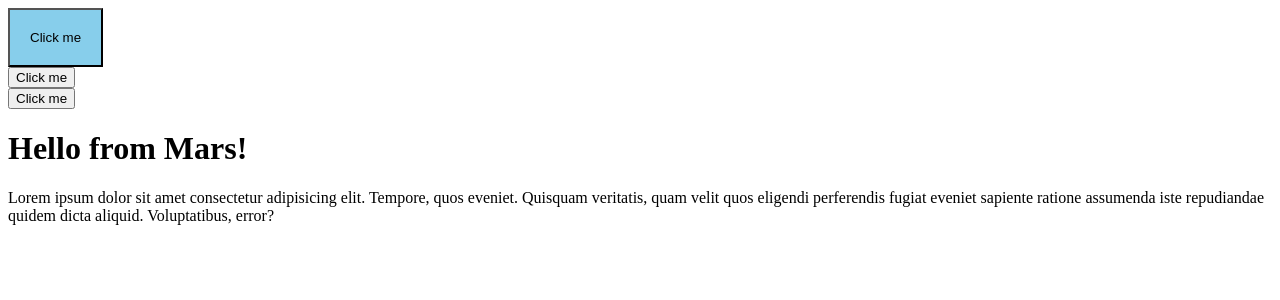
Repository: imokha01/DOM
Page: index.html
An editor plug-in stored every save of this project. The page is shown before and after the next save, followed by the edit.
The browser window is 1280 px wide. The pictures show the whole page.

Above is the page before, as saved 2023-12-18 11:59:23.

After the next save:
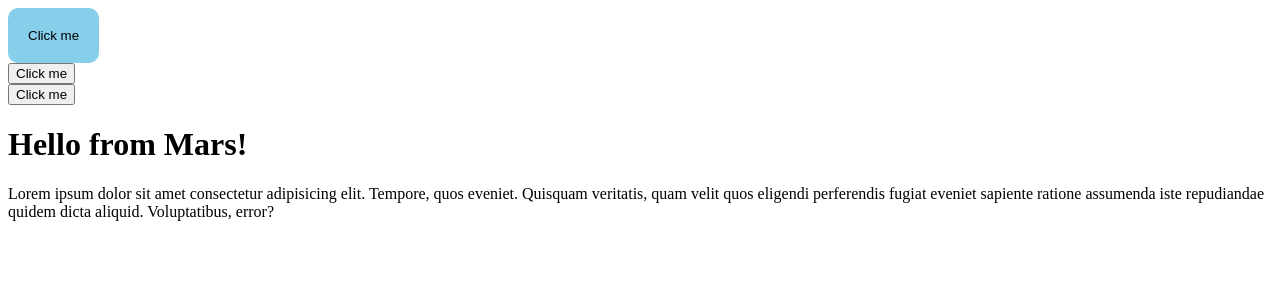
Saved 108 s later.
--- a/index.js
+++ b/index.js
@@ -1,5 +1,7 @@
 const button = document.getElementsByTagName("button")[0]
 console.log(button)
 
-button.style.background = "skyblue"
+button.style.backgroundColor = "skyblue"
 button.style.padding = "20px";
+button.style.border = "none";
+button.style.borderRadius = "10px"
